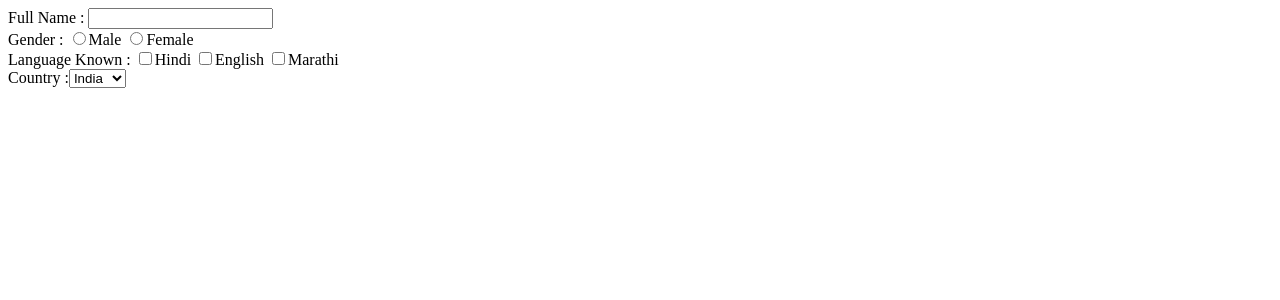
Repository: swapnil-dakhole/Java_code
Page: http://localhost/form_under_jsp/form.jsp
The author's editor kept a copy of each file at every save. The page is drawn from the files as they stood at one save, then again after the next save.
The browser window is 1280 px wide. The pictures show the whole page.
The page is served by Tomcat 9.

Above is the page before, as saved 2024-01-25 05:19:41.

After the next save:
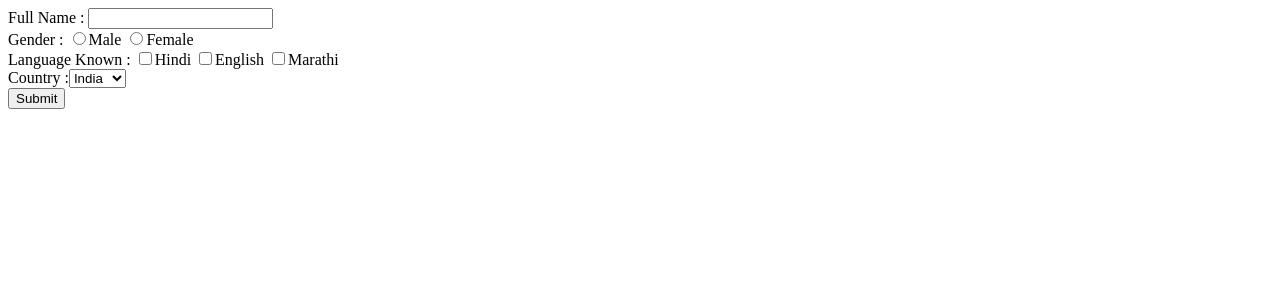
Saved 49 s later.
--- a/form under jsp/src/main/webapp/form.jsp
+++ b/form under jsp/src/main/webapp/form.jsp
@@ -19,6 +19,7 @@
 					<option name="country" value="Nepal">Nepal</option>
 					<option name="country" value="UK">UK</option>
 				 </select><br>
+		<input type="submit" value="Submit">
 	</form>
 </body>
 </html>
